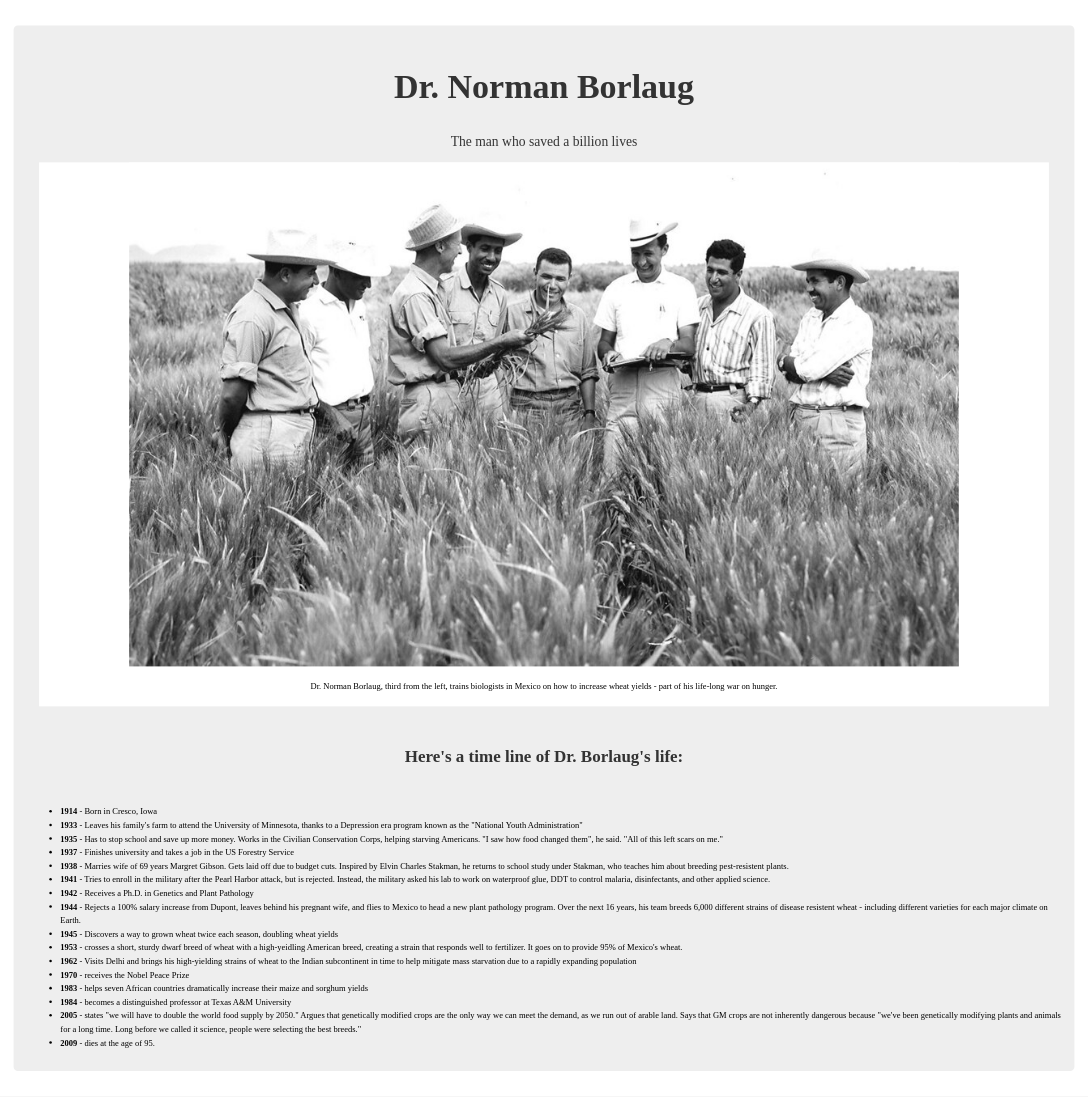
Repository: HTDuy01/github-demo
Page: freecodecamp/index.html
The author's editor kept a copy of each file at every save. The page is drawn from the files as they stood at one save, then again after the next save.
The browser window is 1280 px wide. The pictures show the whole page, at 85% of full size.

Above is the page before, as saved 2021-11-18 20:53:29.

### freecodecamp/index.html
<!DOCTYPE html>
<html lang="en">
<head>
    <meta charset="UTF-8">
    <meta http-equiv="X-UA-Compatible" content="IE=edge">
    <meta name="viewport" content="width=device-width, initial-scale=1.0">
    <title>Document</title>
    <link rel="stylesheet" href="/assets/css/style.css">
    <link rel="stylesheet" href="/assets/css/base.css">
</head>
<body>
    <div class="main">
        <header id="title">
            <h1 class="heading">Dr. Norman Borlaug</h1>
            <p class="sub-heading">The man who saved a billion lives</p>
        </header>

        <div id="img-div">
            <img src="/assets/img/tribute-page-main-image.jpg" alt="" class="img">
            <p class="content-img">Dr. Norman Borlaug, third from the left, trains biologists in Mexico on how to increase wheat yields - part of his life-long war on hunger.</p>
        </div>

        <div class="content">
            <h3 class="content-heading">Here's a time line of Dr. Borlaug's life:</h3>
            <ul class="content-list">
                <li class="content-item">
                    <strong>1914</strong>
                     - Born in Cresco, Iowa
                </li>
                <li class="content-item">
                    <strong>1933</strong>
                      - Leaves his family's farm to attend the University of Minnesota, thanks to a Depression era program known as the "National Youth Administration"
                </li>
                <li class="content-item">
                    <strong>1935</strong>
                     - Has to stop school and save up more money. Works in the Civilian Conservation Corps, helping starving Americans. "I saw how food changed them", he said. "All of this left scars on me."
                </li>
                <li class="content-item">
                    <strong>1937</strong>
                     - Finishes university and takes a job in the US Forestry Service
                </li>
                <li class="content-item">
                    <strong>1938</strong>
                     - Marries wife of 69 years Margret Gibson. Gets laid off due to budget cuts. Inspired by Elvin Charles Stakman, he returns to school study under Stakman, who teaches him about breeding pest-resistent plants.
                </li>
                <li class="content-item">
                    <strong>1941</strong>
                      - Tries to enroll in the military after the Pearl Harbor attack, but is rejected. Instead, the military asked his lab to work on waterproof glue, DDT to control malaria, disinfectants, and other applied science.
                </li>
                <li class="content-item">
                    <strong>1942</strong>
                       - Receives a Ph.D. in Genetics and Plant Pathology
                </li>
                <li class="content-item">
                    <strong>1944</strong>
                    - Rejects a 100% salary increase from Dupont, leaves behind his pregnant wife, and flies to Mexico to head a new plant pathology program. Over the next 16 years, his team breeds 6,000 different strains of disease resistent wheat - including different varieties for each major climate on Earth.
                </li>
                <li class="content-item">
                    <strong>1945</strong>
                     - Discovers a way to grown wheat twice each season, doubling wheat yields
                </li>
                <li class="content-item">
                    <strong>1953</strong>
                      - crosses a short, sturdy dwarf breed of wheat with a high-yeidling American breed, creating a strain that responds well to fertilizer. It goes on to provide 95% of Mexico's wheat.
                </li>
                <li class="content-item">
                    <strong>1962</strong>
                     - Visits Delhi and brings his high-yielding strains of wheat to the Indian subcontinent in time to help mitigate mass starvation due to a rapidly expanding population
                </li>
                <li class="content-item">
                    <strong>1970</strong>
                     - receives the Nobel Peace Prize
                </li>
                <li class="content-item">
                    <strong>1983</strong>
                      - helps seven African countries dramatically increase their maize and sorghum yields
                </li>
                <li class="content-item">
                    <strong>1984</strong>
                     - becomes a distinguished professor at Texas A&M University
                </li>
                <li class="content-item">
                    <strong>2005</strong>
                     - states "we will have to double the world food supply by 2050." Argues that genetically modified crops are the only way we can meet the demand, as we run out of arable land. Says that GM crops are not inherently dangerous because "we've been genetically modifying plants and animals for a long time. Long before we called it science, people were selecting the best breeds."
                </li>
                <li class="content-item">
                    <strong>2009</strong>
                      - dies at the age of 95.
                </li>
            </ul>
        </div>

        <footer class="footer">

        </footer>
    </div>
</body>
</html>

### freecodecamp/assets/css/style.css
.main {
    background-color: #eee;
    margin: 30px 8px;
    padding: 15px;
    border-radius: 5px;
}

/* header */
#title {
    text-align: center;
}

.heading {
    color: var(--color-header);
    font-size: 4rem;
    font-weight: 700;
    margin-top: 27px;
    line-height: 60px;
}

.sub-heading {
    font-size: 1.6rem;
    color: var(--color-header);
    font-weight: 300;
}

/* Bener */
#img-div {
    height: 640px;
    background-color: #fff;
    margin: 0 15px;
    text-align: center;
}

.img {
    width: 976px;
    height: 593px;
}

.sub-img {
    font-size: 1.6rem;
    color: var(--color-header);
    font-weight: 400;
}

.content-heading {
    font-size: 2rem;
    color: var(--color-header);
    font-weight: 600;
    text-align: center;
    margin: 50px 0;
}

### freecodecamp/assets/css/base.css

* {
    box-sizing: inherit;
}

html {
    font-size: 62.5%;
    line-height: 1.6rem;
    /* font-family: -apple-system, BlinkMacSystemFont, 'Segoe UI', 'Roboto', 'Helvetica Neue', Arial, sans-serif; */
    box-sizing: border-box;
}

:root {
    --color-header:#333;
}

After the next save:
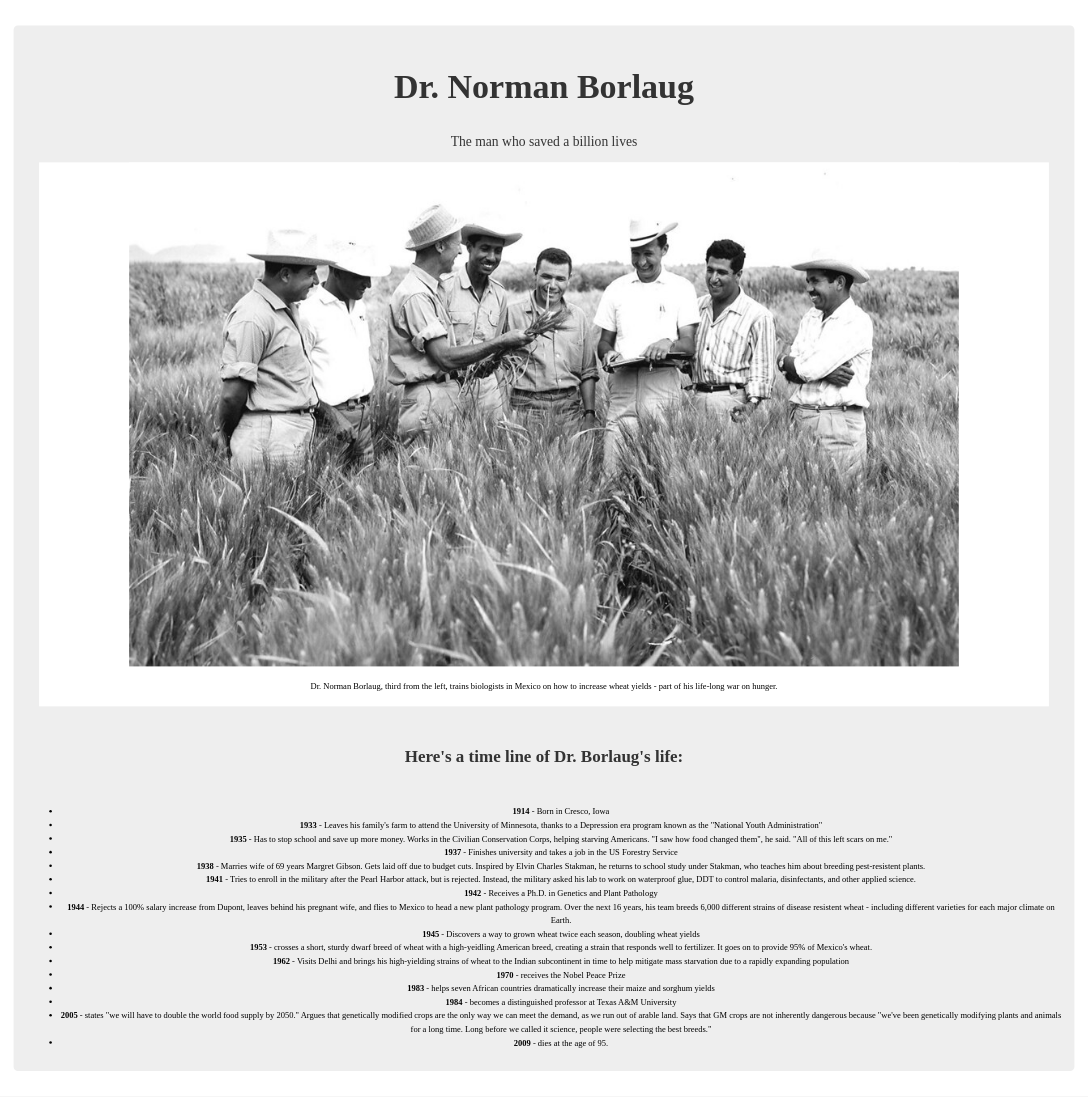
Saved 60 s later.
--- a/freecodecamp/assets/css/style.css
+++ b/freecodecamp/assets/css/style.css
@@ -50,3 +50,7 @@
     text-align: center;
     margin: 50px 0;
 }
+
+.content-list {
+    text-align: center;
+}
